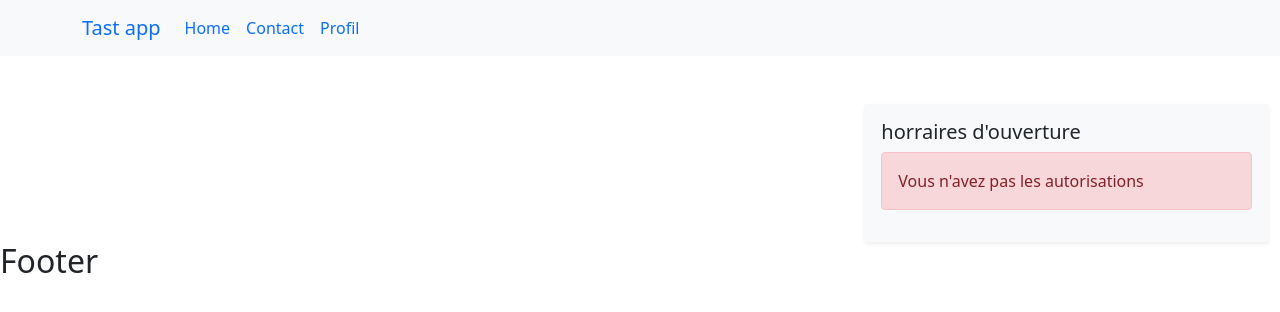
Repository: FS-23/php-getstarted
Page: http://localhost/
The author's editor kept a copy of each file at every save. The page is drawn from the files as they stood at one save, then again after the next save.
The browser window is 1280 px wide. The pictures show the whole page.
The page is run by PHP 8.4 with error messages shown; the project is at /var/www/html/.

Above is the page before, as saved 2022-05-28 12:28:06.

After the next save:
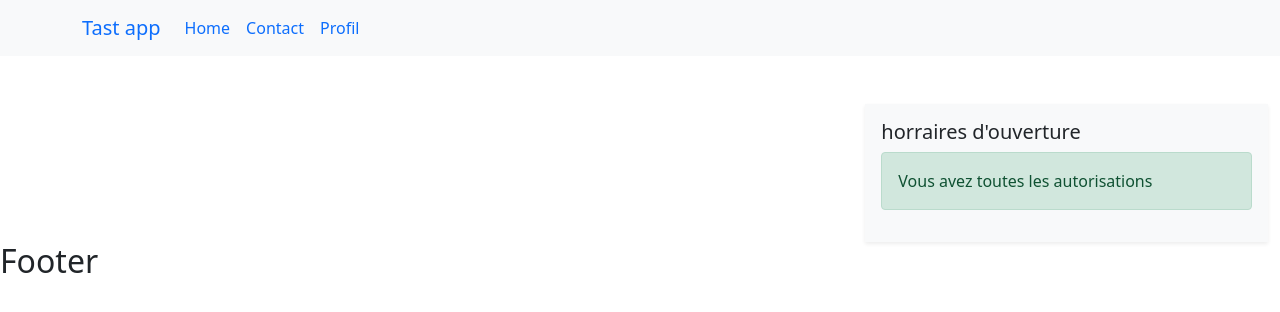
Saved 11 s later.
--- a/demoAPP/index.php
+++ b/demoAPP/index.php
@@ -8,7 +8,7 @@
     ];
 
 
-    $user = "normal"
+    $user = "admin"
 
 ?>
 <div class="row mx-0">
